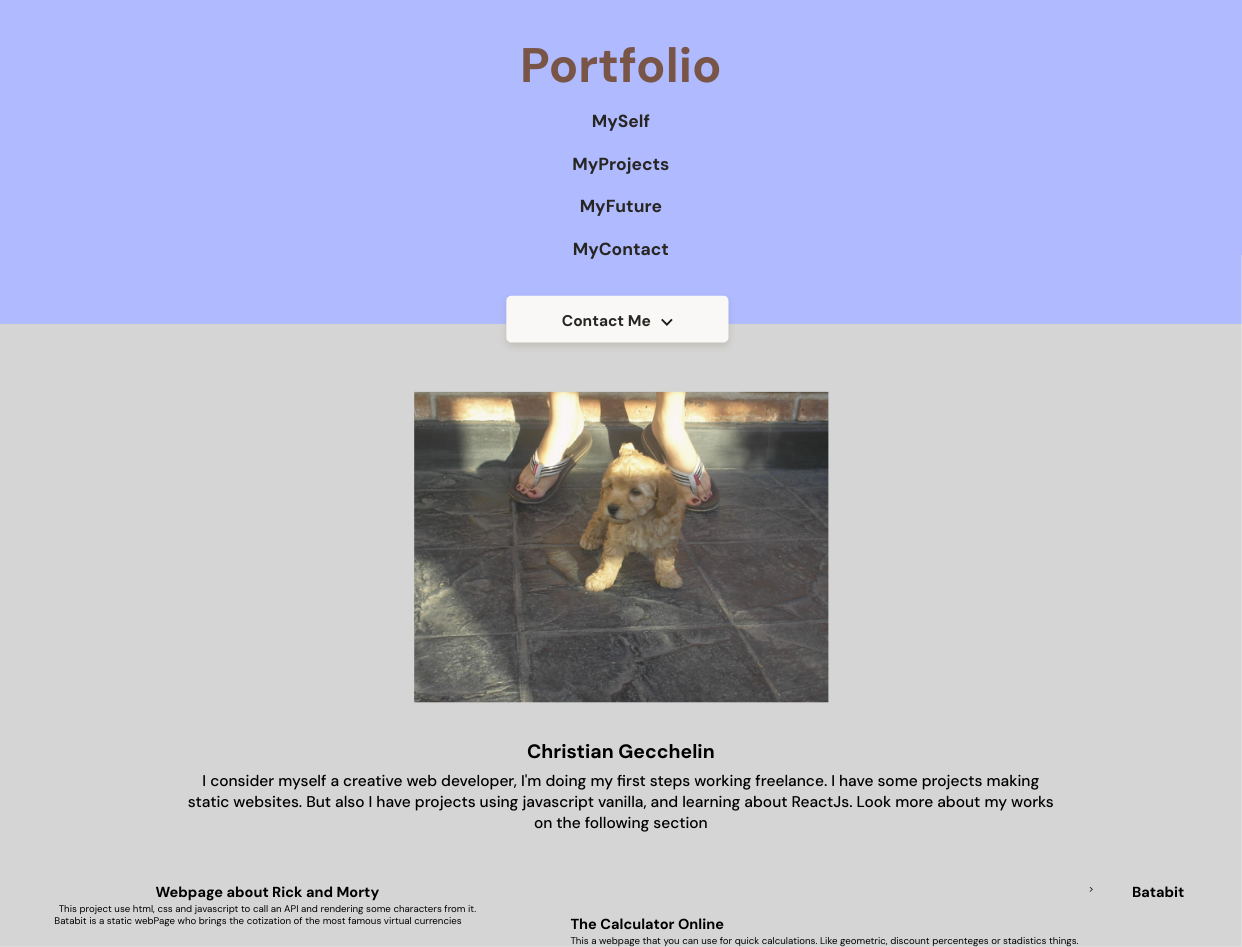
Repository: ChristianGecchelin/PortfolioOnline
Page: index.html
These files come from the project's save history. The page is drawn as it stood at one moment and after the next save; the edit follows.
The browser window is 1280 px wide. The pictures show the whole page, at 97% of full size.

Above is the page before, as saved 2022-01-10 11:03:54.

After the next save:
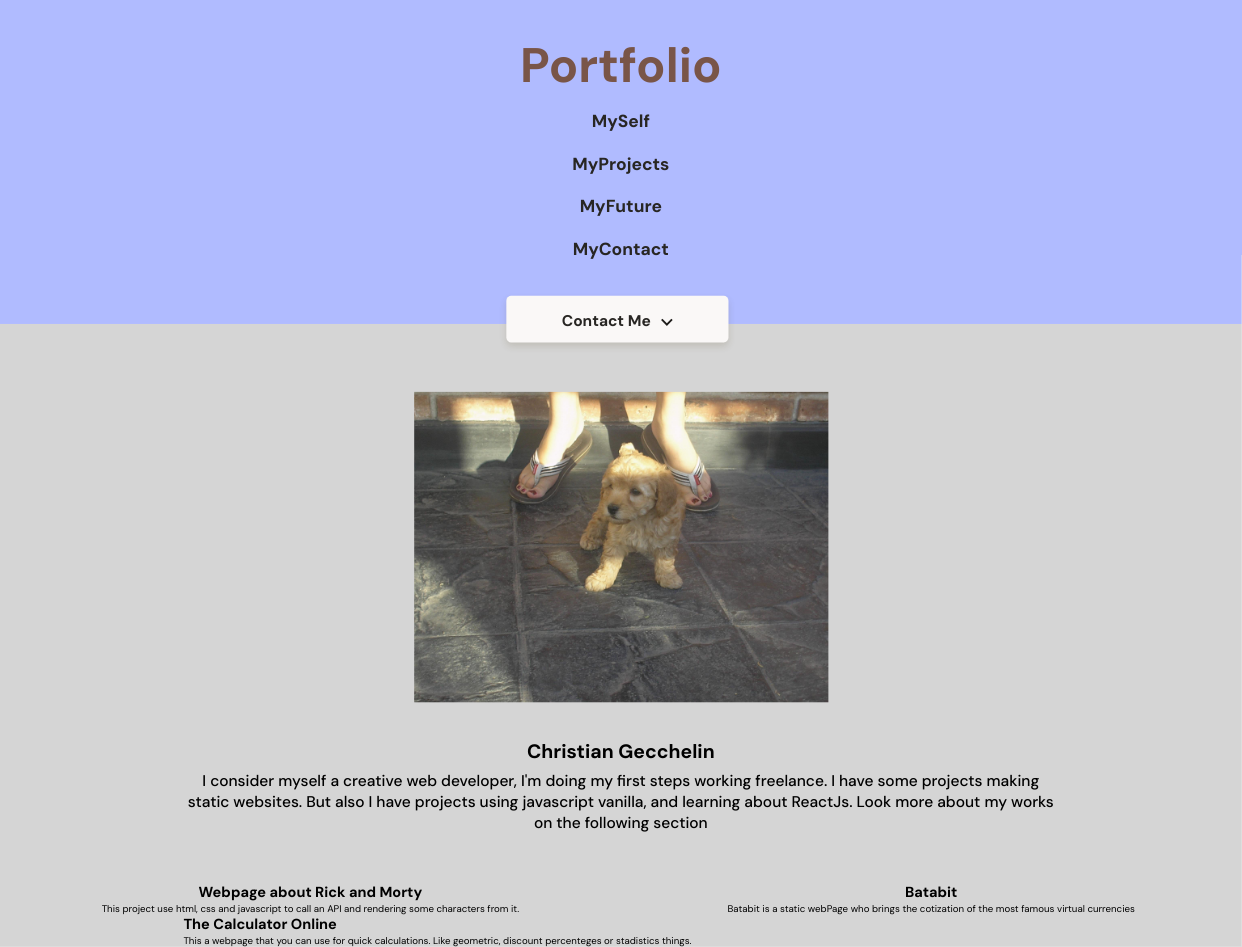
Saved 28 s later.
--- a/index.html
+++ b/index.html
@@ -63,7 +63,7 @@
             </p>
           </div>
         </div>
-        <div class="batabit"></div>>
+        <div class="batabit">
           <h2 href="">Batabit</h2>
           <div class="img-project"></div>
           <p>
